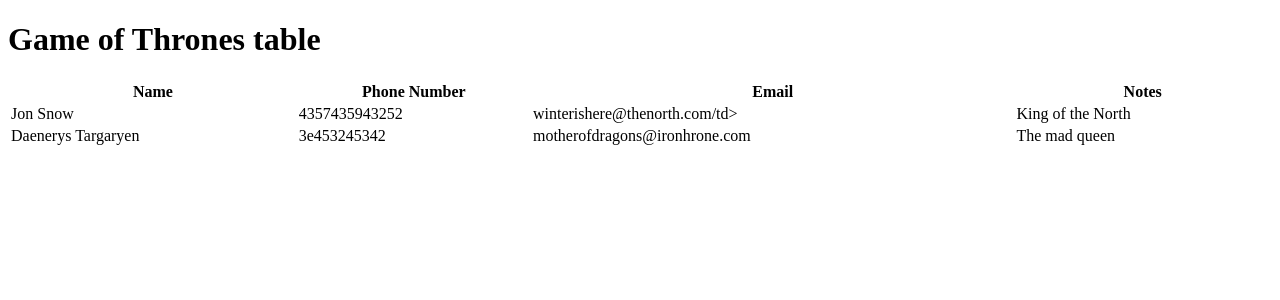
Repository: linas-dev/HTML-CSS-Projects
Page: Basic_HTML_and_CSS/HTML_Table.html
These files come from the project's save history. The page is drawn as it stood at one moment and after the next save; the edit follows.
The browser window is 1280 px wide. The pictures show the whole page.

Above is the page before, as saved 2021-05-30 10:36:33.

### Basic_HTML_and_CSS/HTML_Table.html
<!DOCTYPE html>
<html lang="en">
<head>
    <meta charset="UTF-8">
    <meta http-equiv="X-UA-Compatible" content="IE=edge">
    <meta name="viewport" content="width=device-width, initial-scale=1.0">
    <link rel="stylesheet" href="CSS_Table.css">
    <title>Document</title>
</head>
<body>

    <h1>Game of Thrones table</h1>
    <table style="width:100%">
        <tr>
            <th>Name</th>
            <th>Phone Number</th>
            <th>Email</th>
            <th>Notes</th>
        </tr>
        <tr>
            <td>Jon Snow</td>
            <td>4357435943252</td>
            <td>winterishere@thenorth.com/td>
            <td>King of the North</td>
        </tr>
        <tr>
            <td>Daenerys Targaryen</td>
            <td>3e453245342</td>
            <td>motherofdragons@ironhrone.com</td>
            <td>The mad queen</td>
        </tr>
    </table>






    <!-- <table class="table">
        <thead>
            <tr>
                <td><b>PRODUCT</b></td>
                <td><b>QTY</b></td>
                <td><b>PRICE</b></td>
            </tr>
        </thead>
        <tbody>
            <tr>
                <td class="hoveref">Drink</td>
                <td class="hoveref">1</td>
                <td class="hoveref">3.0</td>
            </tr>
            <tr>
                <td class="hoveref">Chips</td>
                <td class="hoveref">2</td>
                <td class="hoveref">1.5</td>
            </tr>
            <tr>
                <td class="hoveref">Burger</td>
                <td class="hoveref">7</td>
                <td class="hoveref">2</td>
            </tr>
        </tbody>
        <tfoot>
            <tr>
                <td class="hoveref" colspan="2" align="right"><b>Total</b></td>
                <td class="hoveref">6.5</td>
            </tr>
        </tfoot> -->

</body>
</html>

### Basic_HTML_and_CSS/CSS_Table.css
table {
    border-top: 1px silver;
}



/* .table {
    border-collapse: collapse;
    margin: 25px 0;
    font-size: 0.9em;
    min-width: 400px;
}

.table thead tr {
    background-color: #009879;
    color: #fff;
    text-align: left;
    font-weight: bold;
}

.table th, .table td {
    padding: 7px 5px;
}

.table tbody tr {
    border-bottom: 1px solid #dddddd;
}

.hoveref:hover {
    background-color: #4F0444;
    color: white;
} */

After the next save:
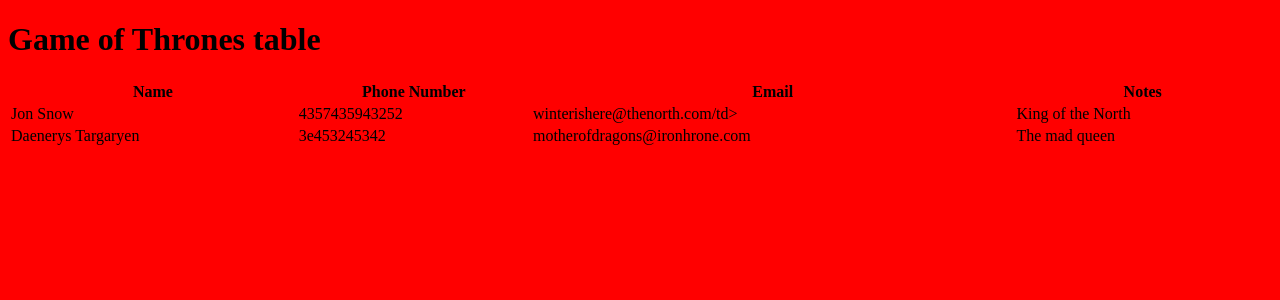
Saved 33 s later.
--- a/Basic_HTML_and_CSS/CSS_Table.css
+++ b/Basic_HTML_and_CSS/CSS_Table.css
@@ -1,3 +1,7 @@
+body {
+    background-color:red
+}
+
 table {
     border-top: 1px silver;
 }

After the save that followed:
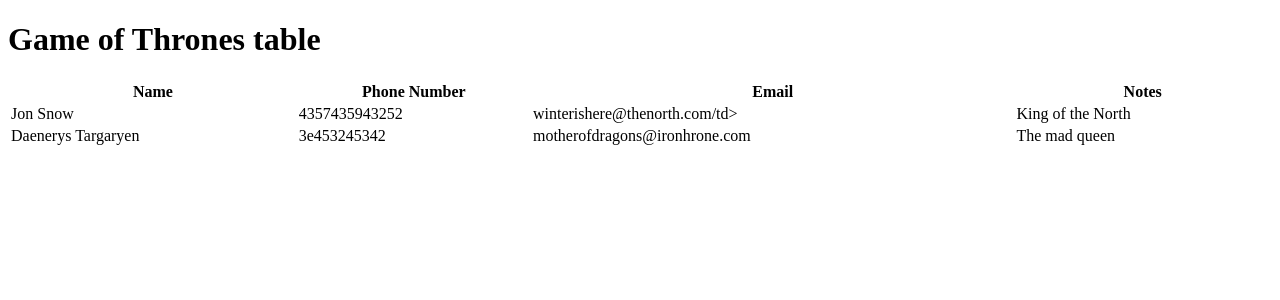
Saved 6 s later.
--- a/Basic_HTML_and_CSS/CSS_Table.css
+++ b/Basic_HTML_and_CSS/CSS_Table.css
@@ -1,7 +1,3 @@
-body {
-    background-color:red
-}
-
 table {
     border-top: 1px silver;
 }
